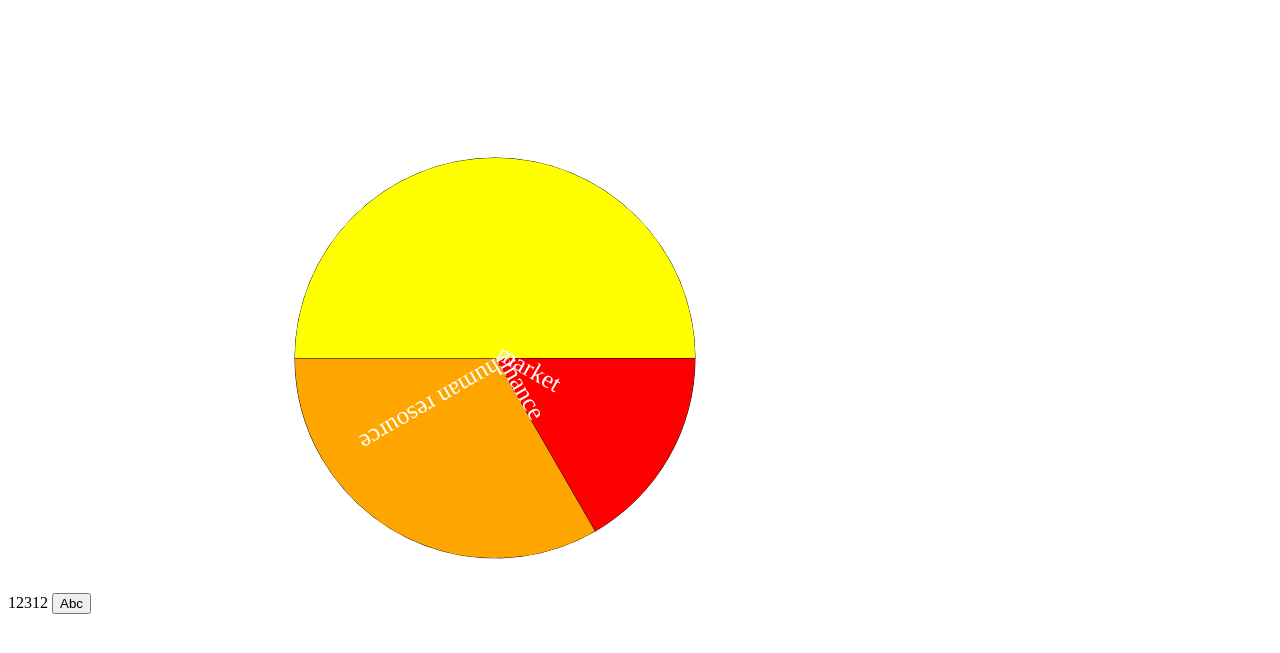
Repository: ycdtc/movie
Page: aaa/WebContent/index.html
An editor plug-in stored every save of this project. The page is shown before and after the next save, followed by the edit.
The browser window is 1280 px wide. The pictures show the whole page.
After loading, the first visible `#abc` was clicked once.

Above is the page before, as saved 2017-06-20 07:46:04.

After the next save:
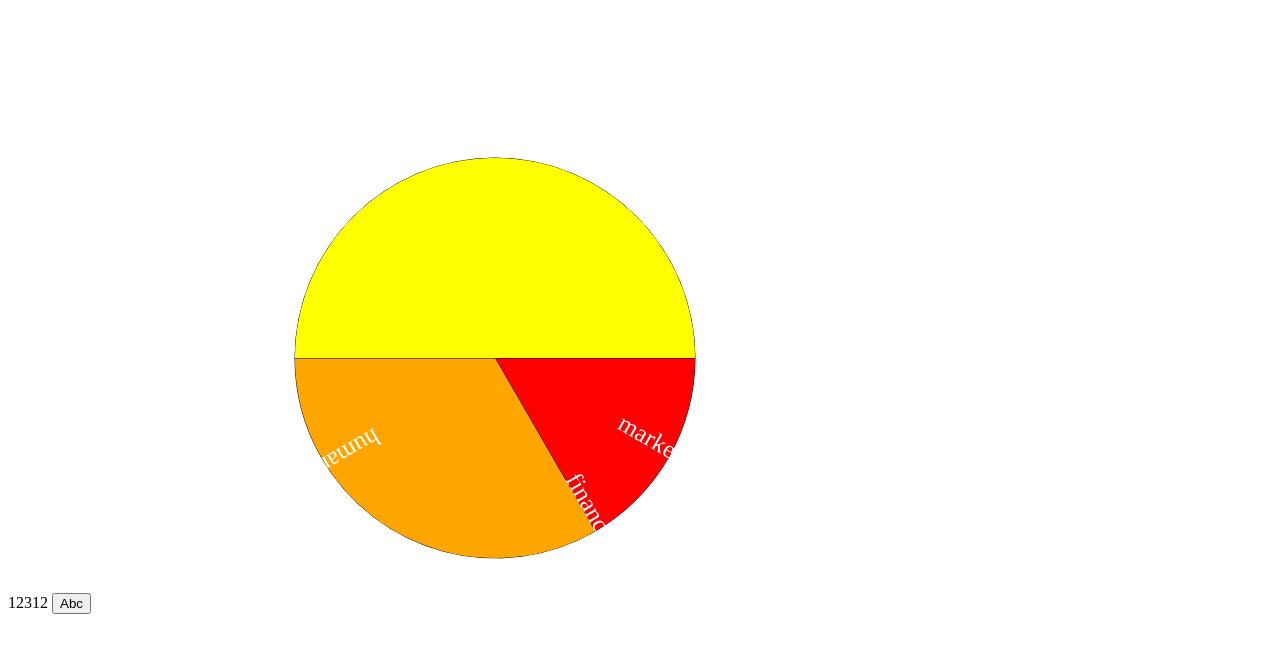
Saved 53 s later.
--- a/aaa/WebContent/javascript/base.js
+++ b/aaa/WebContent/javascript/base.js
@@ -41,6 +41,6 @@ function drawPie(chart,value,name){
 		ctx.rotate((start+end)/2);
 		ctx.font = "25px scans-serif";
 		ctx.fillStyle = "white";
-		ctx.fillText(name[i],0 , 0);
+		ctx.fillText(name[i], 140 , 0);
 	}
 }
